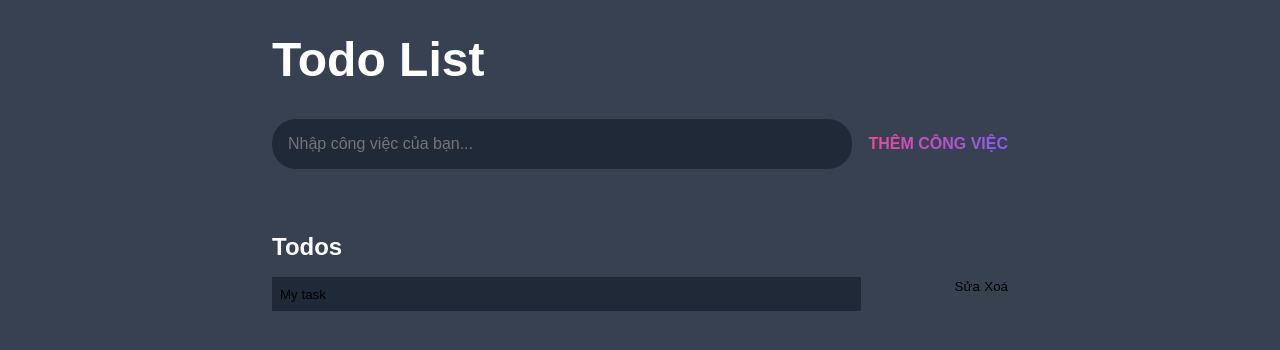
Repository: ntheanh/Todo-List
Page: index.html
These files come from the project's save history. The page is drawn as it stood at one moment and after the next save; the edit follows.
The browser window is 1280 px wide. The pictures show the whole page.
The style sheet was rebuilt from its Sass, Less or Tailwind sources for each picture, by a compiler version that may differ from the author's.

Above is the page before, as saved 2023-03-15 22:55:19.

After the next save:
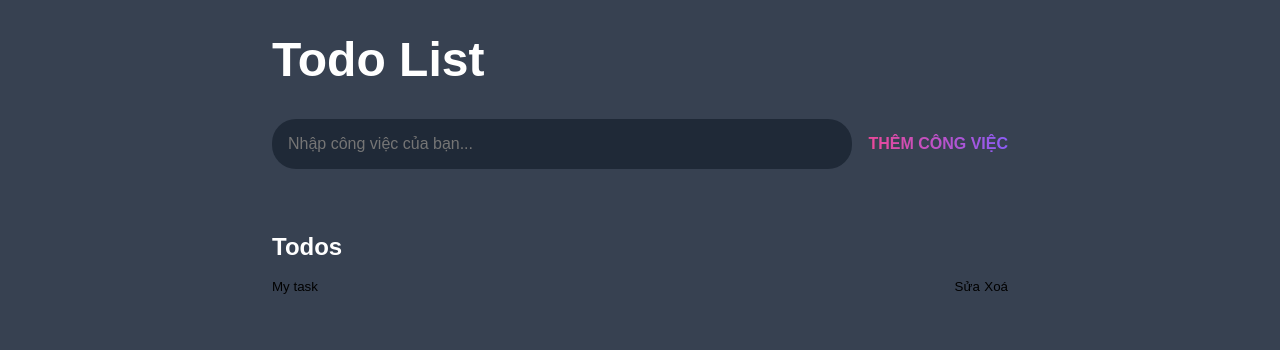
Saved 37 s later.
--- a/style.scss
+++ b/style.scss
@@ -87,11 +87,6 @@ main {
     #tasks .task {
       display: flex;
       justify-content: space-between;
-      .content {
-        background: var(--darker);
-        width: 80%;
-        padding: 0.5rem;
-      }
     }
   }
 }
